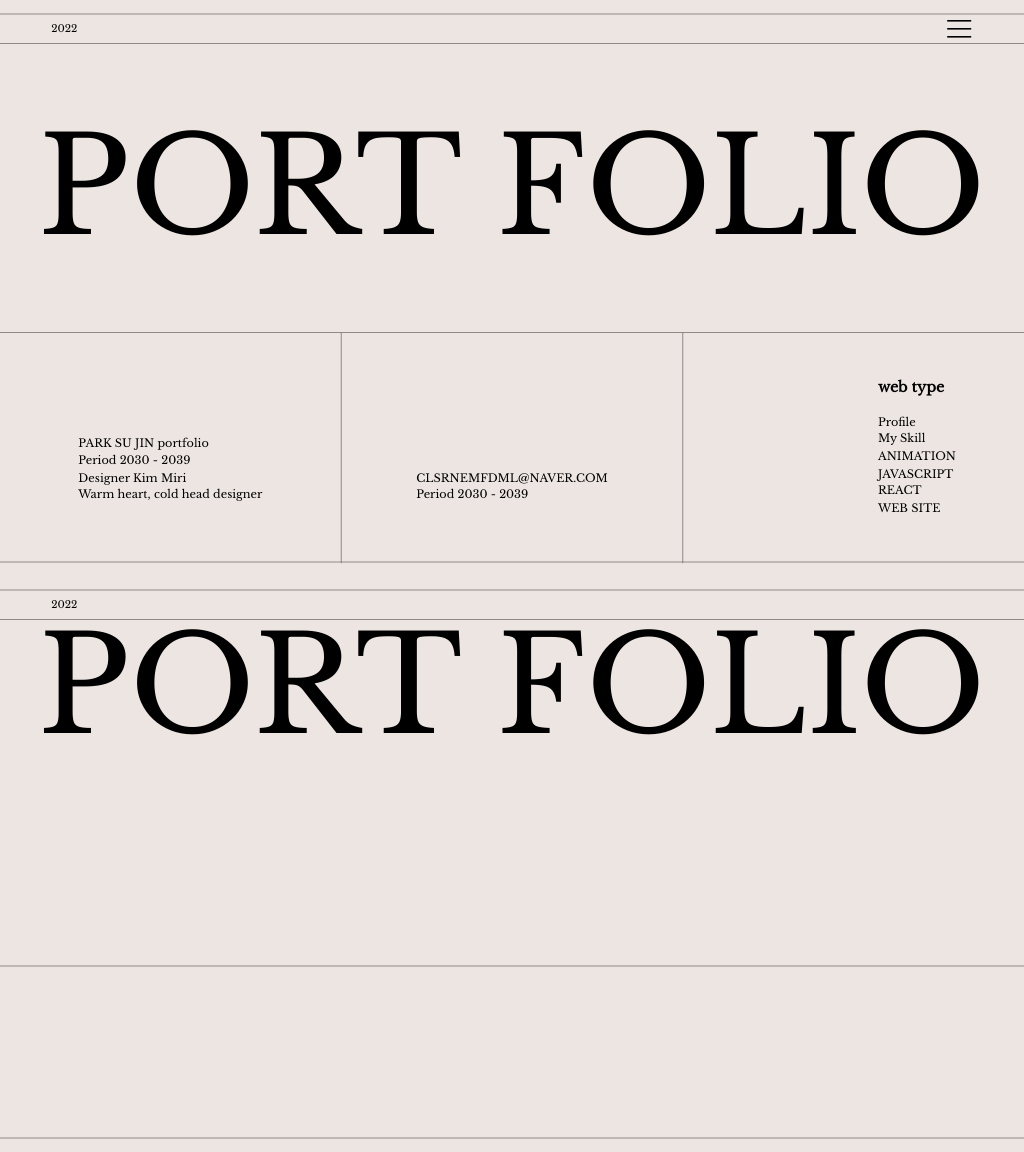
Repository: clsrnemfdml/portfolio_parksj_versiton1
Page: index.html
An editor plug-in stored every save of this project. The page is shown before and after the next save, followed by the edit.
The browser window is 1280 px wide. The pictures show the whole page, at 80% of full size.

Above is the page before, as saved 2021-09-14 08:15:23.

### index.html
<!DOCTYPE html>
<html lang="en">
<head>
    <meta charset="UTF-8">
    <meta http-equiv="X-UA-Compatible" content="IE=edge">
    <meta name="viewport" content="width=device-width, initial-scale=1.0">
    <title>parkjs portfolio</title>
    <meta name="descripsion" content="박수진의 포트폴리오 입니다.">
    <link rel="stylesheet" href="css/reset.css">
    <link rel="stylesheet" href="css/index.css">
    <style> @import url('https://fonts.googleapis.com/css2?family=Libre+Baskerville&display=swap');</style>
    <script src="js/index.js"></script>

</head>
<body>
    <div class="clickMenu">
        <div class="wrap_portFolio">
            <ul>
                <li>1. MY SKILL</li>
                <li>2. ANIMATION</li>
                <li>3. JAVASCRIPT</li>
                <li>4. REACT</li>
                <li>5. WEB SITE</li>
            </ul>
        </div>
    </div>
    <div id="wrap">
        <section id="section1">
            <div class="wrap_portFolio">
                <div class="menu">
                    <p>2022</p>
                    <span>
                    </span>
                </div>
                <div class="content">
                    <h6>PORT FOLIO</h6>
                </div>
                <div class="content_bottom">
                    <div class="rsum1">
                        <p>PARK SU JIN portfolio<br>
                        Period  2030 - 2039<br>
                        Designer   Kim Miri<br>
                        Warm heart, cold head designer</p>
                    </div>
                    <div class="rsum2">
                        <p>CLSRNEMFDML@NAVER.COM<br>
                        Period  2030 - 2039</p>
                    </div>
                    <div class="rsum3">
                        <ul>
                            <li class="fitst_write">web type</li>
                            <li>Profile</li>
                            <li>My Skill</li>
                            <li>ANIMATION</li>
                            <li>JAVASCRIPT</li>
                            <li>REACT</li>
                            <li>WEB SITE</li>
                        </ul>
                    </div>
                </div>
            </div>
        </section>
        <section id="section2">
            <div class="wrap_portFolio">
                <div class="menu">
                    <p>2022</p>
                    <span>
                    </span>
                </div>
                <div class="content">
                    <h6>PORT FOLIO</h6>
                </div>
            </div>
        </section>
    </div>



</body>
</html>

### css/index.css


#wrap{width: 100%; height: auto;}



/* menu */
/* .clickMenu{height: 100vh; width: 100%; background: #ECE5E1;
    font-family: 'Libre Baskerville', serif; position: absolute;
z-index: 99999;} */

.clickMenu .wrap_portFolio{
    width: 100%;
    height: 95vh;
    position: absolute;
    top: 50%;
    transform: translateY(-50%);
    border-bottom: 1px solid #767371;
    border-top: 1px solid #767371;
}

.clickMenu .wrap_portFolio ul{width: 100%; height: 100%;}
.clickMenu .wrap_portFolio ul li{height: calc(100%/5); width: 100%; border-bottom: 1px solid #767371;
    font-size: 6vw;
    text-align: center;
    display: flex;
    align-items: center;
    justify-content: center;
}
.clickMenu .wrap_portFolio ul li:nth-child(2n){
   color: #ECE5E1;
   text-shadow: -1px 0 #000000, 0 1px #000000, 2px 0 #000000, 0 -1px #000000;
}
.clickMenu .wrap_portFolio ul li:last-child{height: calc(100%/5); width: 100%; border-bottom: 0}



/*section1 */
#wrap #section1{height: 100vh; width: 100%; background: #ECE5E1;
    font-family: 'Libre Baskerville', serif; position: relative;}

#wrap #section1 .wrap_portFolio{
    width: 100%;
    height: 95vh;
    position: absolute;
    top: 50%;
    transform: translateY(-50%);
    border-bottom: 1px solid #767371;
    border-top: 1px solid #767371;
}

#wrap #section1 .menu{
    width: 100%;
    height: 5vh;
    border-bottom: 1px solid #767371;
    position: relative;
    font-size: 1vw;

}
#wrap #section1 .menu p{
    padding-left: 5%;
    position: absolute;
    top: 50%;
    transform: translateY(-50%);
}
#wrap #section1 .menu span{
    display: block;
    position: absolute;
    right: 4%;
    top: 50%;
    transform: translate(-50%, -50%);
    width: 30px;
    height: 2px;
    background: rgb(0, 0, 0);
    float: right;
}
    #wrap #section1 .menu span::before{
    content: '';
    width: 30px;
    height: 2px;
    background: rgb(0, 0, 0);
    position: absolute;
    left: 0;
    bottom: 10px;
    transform: rotate(0deg);
    transition-duration: .3s;
}
    #wrap #section1 .menu span::after{
        content: '';
        width: 30px;
        height: 2px;
        background: rgb(0, 0, 0);
        position: absolute;
        left: 0;
        top: 10px;
        transform: rotate(0deg);
        transition-duration: .3s;
    }

    #wrap #section1 .content{
        height: 50vh;
        position: relative;
        width: 100%;
        font-size: 13vw;
        text-align: center;
        border-bottom: 1px solid #767371;


    }
    #wrap #section1 .content h6{
        position: absolute;
        width: 100%;
        top: 50%;
        left: 50%;
        transform: translate(-50% , -50%);
        font-weight: 300;
    }

    #wrap #section1 .content_bottom{
        width: 100%;
        height: 40vh;
        position: absolute;
        display: flex;
    }


    #wrap #section1 .content_bottom > div{
        width: 33.333%;
        height: auto;
        font-size: 1.1vw;





    }
    #wrap #section1 .content_bottom > div p{
        padding-bottom: 10px;
    }

    #wrap #section1 .content_bottom .rsum1{
        border-right: 1px solid #767371;
        display: flex;
        justify-content: center;
        align-items: flex-end;
        line-height: 3vh;
        padding-bottom: 5%;


    }
    #wrap #section1 .content_bottom .rsum2{
        border-right: 1px solid #767371;
        display: flex;
        justify-content: center;
        align-items: flex-end;
        line-height: 3vh;
        padding-bottom: 5%;
    }

    #wrap #section1 .content_bottom .rsum3{
        display: flex;
        justify-content: end;
        align-items: center;
        line-height: 3vh;
    }
    #wrap #section1 .content_bottom .rsum3 ul{
        padding: 0 20%;
    }

    #wrap #section1 .content_bottom .rsum3 .fitst_write{
        font-weight: bold;
        font-size: 1.4vw;
        padding-bottom: 3vh;
    }


    /*section1 */
    #wrap #section2{height: 100vh; width: 100%; background: #ECE5E1;
    font-family: 'Libre Baskerville', serif; position: relative;}

    #wrap #section2 .wrap_portFolio{
        width: 100%;
        height: 95vh;
        position: absolute;
        top: 50%;
        transform: translateY(-50%);
        border-bottom: 1px solid #767371;
        border-top: 1px solid #767371;
    }

    #wrap #section2 .menu{
        width: 100%;
        height: 5vh;
        border-bottom: 1px solid #767371;
        position: relative;
        font-size: 1vw;

    }

    #wrap #section2 .menu p{
        padding-left: 5%;
        position: absolute;
        top: 50%;
        transform: translateY(-50%);
    }


    #wrap #section2 .content{
        height: 60vh;
        position: relative;
        width: 100%;
        font-size: 13vw;
        text-align: center;
        border-bottom: 1px solid #767371;


    }

Loaded but not shown: css/reset.css (common file); js/index.js (no stored copy; drawn as an empty file)

After the next save:
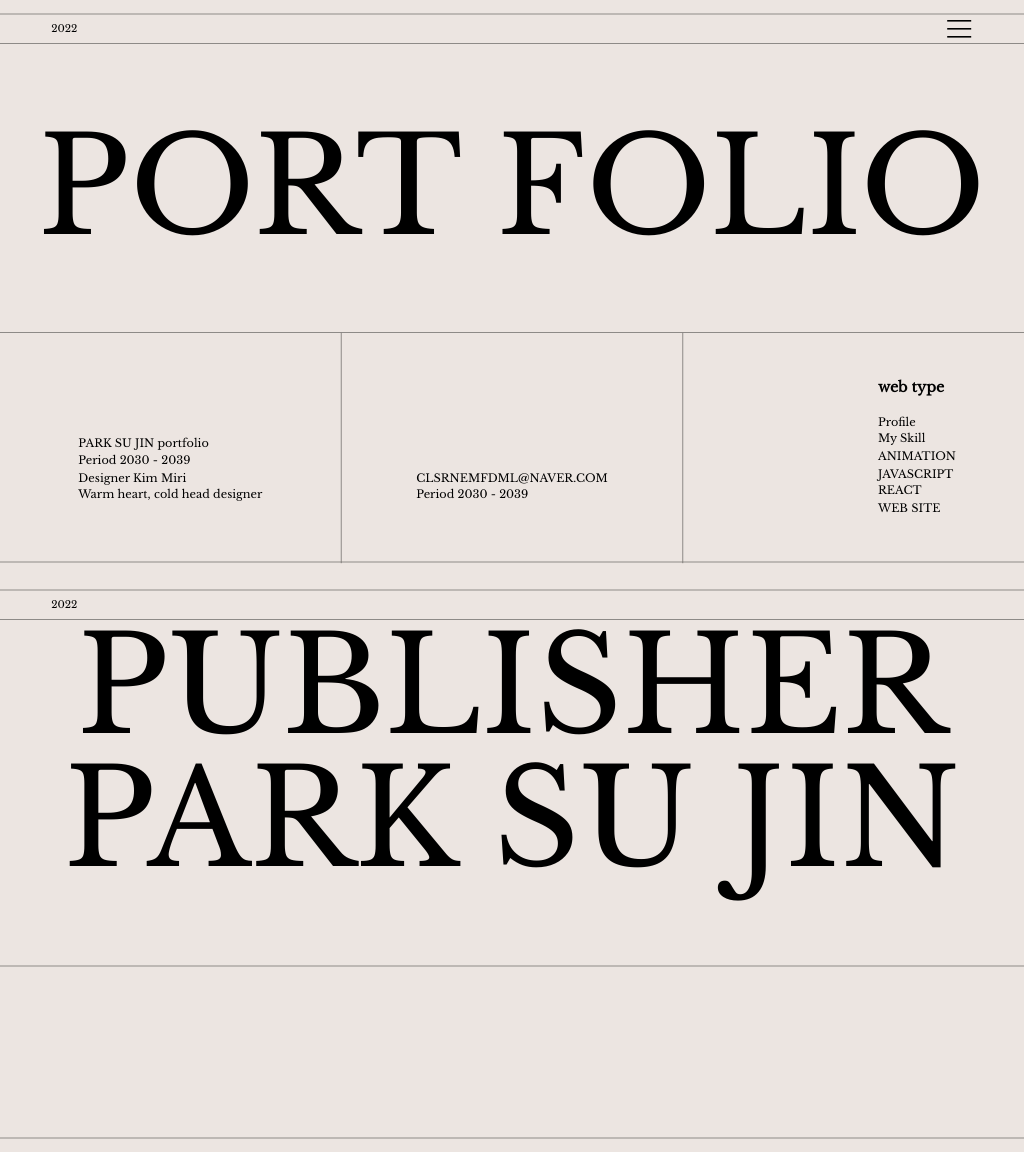
Saved 65 s later.
--- a/index.html
+++ b/index.html
@@ -68,7 +68,9 @@
                     </span>
                 </div>
                 <div class="content">
-                    <h6>PORT FOLIO</h6>
+                    <h6>PUBLISHER<br>
+                    PARK SU JIN
+                    </h6>
                 </div>
             </div>
         </section>
